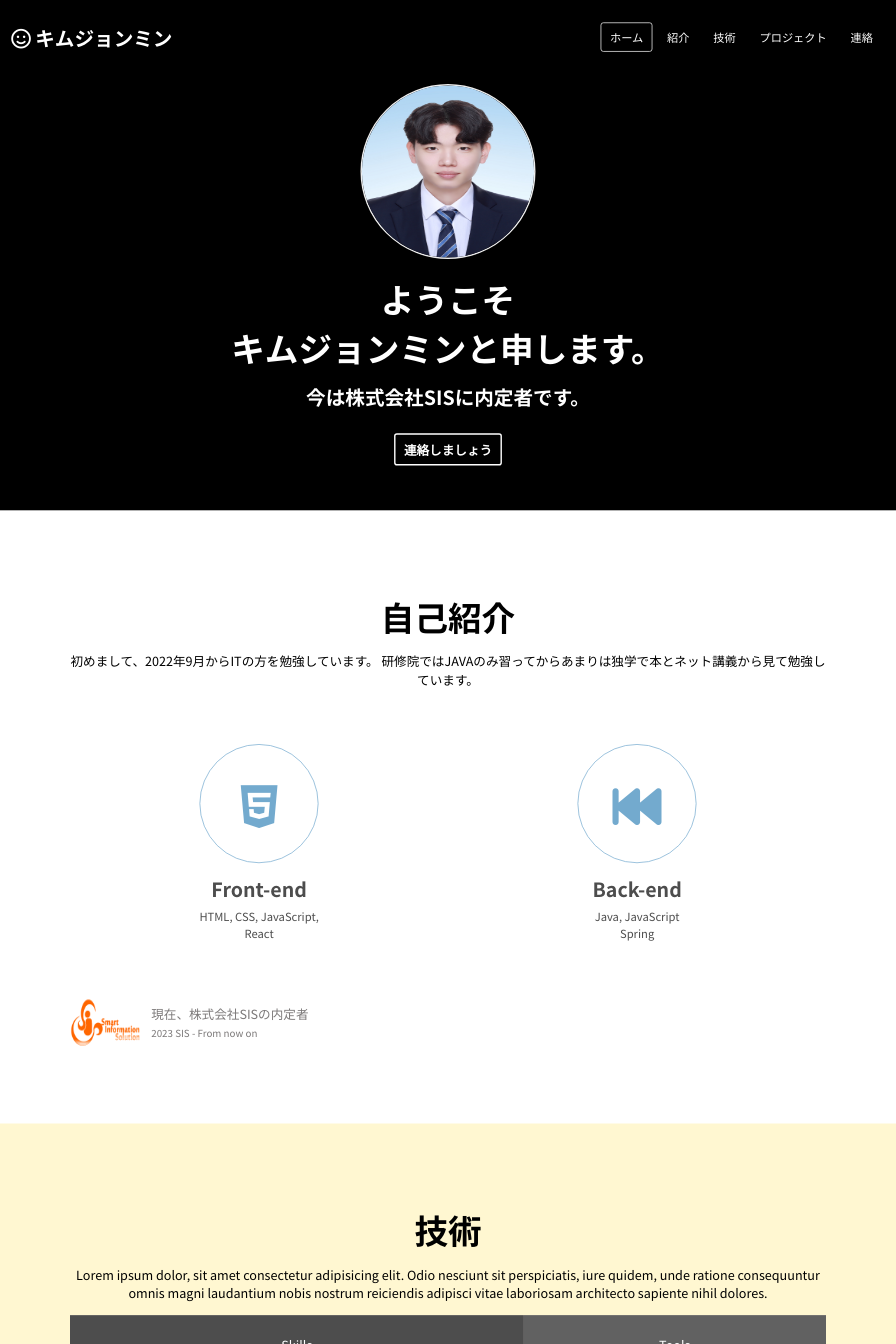
Repository: N1C0N1C0/website_introduction
Page: index.html
An editor plug-in stored every save of this project. The page is shown before and after the next save, followed by the edit.
The browser window is 1280 px wide. The pictures show the part of the page from y = 0 to 1920 px (the page is 4822 px tall), at 70% of full size.
Some web libraries are served in a nearby version.

Above is the page before, as saved 2023-08-29 03:30:36.

### index.html
<!DOCTYPE html>
<html lang="en">
  <head>
    <meta charset="UTF-8" />
    <meta name="viewport" content="width=device-width, initial-scale=1.0" />
    <title>自己紹介</title>
    <meta
      name="description"
      content="Portfolio for engineer KimJeongmin"
    />
    <meta name="author" content="Kim" />
    <link rel="icon" type="image/icon" href="imgs/file-pdf-solid.svg" />
    <script src="https://kit.fontawesome.com/04742e9fab.js" crossorigin="anonymous"></script>
    <link href="https://fonts.googleapis.com/css2?family=Noto+Sans+JP:wght@300;400;500&display=swap" rel="stylesheet">

    <link rel="stylesheet" href="style.css" />
    <script src="main.js" defer></script>
  </head>
  <body>
    <!-- Navbar -->
    <nav id="navbar">
      <div class="navbar__logo">
        <i class="fa-regular fa-face-smile"></i>
        <a href="#">キムジョンミン</a>
      </div>
        <ul class="navbar__menu">
          <li class="navbar__menu__item active" data-link="#home">ホーム</li>
          <li class="navbar__menu__item" data-link="#about">紹介</li>
          <li class="navbar__menu__item" data-link="#skills">技術</li>
          <li class="navbar__menu__item" data-link="#work">プロジェクト</li>
          <li class="navbar__menu__item" data-link="#contact">連絡</li>
        </ul>

      <!-- Toggle button -->
      <button class="navbar__toggle-btn">
        <i class="fa-solid fa-bars"></i>
      </button>
    </nav>

    <!-- Home -->
    <section id="home">
      <div class="home__container">
      <img src="imgs/kimu.jpg" alt="Anzang" class="home__avatar" />
      <h1 class="home__title">ようこそ <br />キムジョンミンと申します。</h1>
      <h2 class="home__description">
        今は株式会社SISに内定者です。
      </h2>
      <button class="home__contact">連絡しましょう</button>
    </div>
    </section>
    <!-- About -->
    <section id="about" class="section" class="section__container">
      <h1>自己紹介</h1>
      <p>
        初めまして、2022年9月からITの方を勉強しています。
        研修院ではJAVAのみ習ってからあまりは独学で本とネット講義から見て勉強しています。
      </p>
      <div class="about__majors">
        <div class="major">
          <div class="major__icon">
            <i class="fa-brands fa-html5"></i>
          </div>
          <h2 class="major__title">Front-end</h2>
          <div class="major__description">
            HTML, CSS, JavaScript,
            <br />React
          </div>
        </div>
        <div class="major">
          <div class="major__icon">
            <i class="fa-sharp fa-solid fa-backward-fast"></i>
          </div>
          <h2 class="major__title">Back-end</h2>
          <div class="major__description">
            Java, JavaScript
            <br />
            Spring
          </div>
        </div>
      </div>
      <div class="about__jobs">
        <div class="job">
          <img src="imgs/sis_image.png" alt="sis" class="job__logo" style="width: 100px; height: 70px;"/>
          <div class="job_description">
            <p class="job__name">
              現在、株式会社SISの内定者
            </p>
            <p class="job__period">2023 SIS - From now on</p>
          </div>
        </div>
      </div>
    </section>

    <!-- Skills -->
    <section id="skills" class="section">
      <div class="section__container">
      <h1>技術</h1>
      <p>
        Lorem ipsum dolor, sit amet consectetur adipisicing elit. Odio nesciunt
        sit perspiciatis, iure quidem, unde ratione consequuntur omnis magni
        laudantium nobis nostrum reiciendis adipisci vitae laboriosam architecto
        sapiente nihil dolores.
      </p>
      <div class="skillset">
        <div class="skillset__left">
          <h3 class="skillset__title">Skills</h3>
          <div class="skill">
            <div class="skill__description">
              <span>HTML</span>
              <span>90%</span>
            </div>
            <div class="skill__bar">
              <div class="skill__value" style="width: 90%;"></div>
            </div>
          </div>
          <div class="skill">
            <div class="skill__description">
              <span>CSS</span>
              <span>80%</span>
            </div>
            <div class="skill__bar">
              <div class="skill__value" style="width: 80%;"></div>
            </div>
          </div>
          <div class="skill">
            <div class="skill__description">
              <span>JAVASCRIPT</span>
              <span>70%</span>
            </div>
            <div class="skill__bar">
              <div class="skill__value" style="width: 70%;"></div>
            </div>
          </div>
          <div class="skill">
            <div class="skill__description">
              <span>JAVA</span>
              <span>70%</span>
            </div>
            <div class="skill__bar">
              <div class="skill__value" style="width: 70%;"></div>
            </div>
          </div>
          <div class="skill">
            <div class="skill__description">
              <span>Spring</span>
              <span>50%</span>
            </div>
            <div class="skill__bar">
              <div class="skill__value" style="width: 50%;"></div>
            </div>
          </div>
          <div class="skill">
            <div class="skill__description">
              <span>REACT</span>
              <span>30%</span>
            </div>
            <div class="skill__bar">
              <div class="skill__value" style="width: 30%;"></div>
            </div>
          </div>
        </div>
        <div class="skillset__right">
          <div class="tools">
            <h3 class="skillset__title">Tools</h3>
            <ul class="tools__list">
              <li><span>Visual Studio Code</span></li>
              <li><span>IntelliJ</span></li>
              <li><span>Eclipse</span></li>
            </ul>
          </div>
          <br>
          <div class="etc">
            <h3 class="skillset__title">Etc</h3>
            <ul class="ect__list">
              <li><span>Git</span></li>
              <li><span>MySQL</span></li>
              <li><span>Oracle</span></li>
              <li><span>Postman</span></li>
            </ul>
          </div>
        </div>
      </div>
    </div>
    </section>
    <!-- Work -->
    <section id="work" class="section">
      <div class="section__container">
      <h1>プロジェクト</h1>
      <div class="work__categories">
        <button class="category__btn selected" data-filter="*">
          All<span class="category__count">6</span>
        </button>
        <button class="category__btn" data-filter="front-end">
          Front-end<span class="category__count">2</span>
        </button>
        <button class="category__btn" data-filter="back-end">
          Back-end<span class="category__count">4</span>
        </button>
      </div>

      <div class="work__projects">
        <a
          href="https://www.youtube.com/@dream-coding"
          class="project"
          target="_blank"
          data-type="front-end"
        >
          <img
            src="imgs/projects/안종민.png"
            alt="Anzang"
            class="project__img"
          />
          <div class="project__description">
            <h3>Youtube Site</h3>
            <span>Clone coding with HTML and CSS</span>
          </div>
        </a>
        <a
          href="https://www.youtube.com/@dream-coding"
          class="project"
          target="_blank"
          data-type="front-end"
        >
          <img
            src="imgs/projects/안종민.png"
            alt="Anzang"
            class="project__img"
          />
          <div class="project__description">
            <h3>Youtube Site</h3>
            <span>Clone coding with HTML and CSS</span>
          </div>
        </a>
        <a
          href="https://www.youtube.com/@dream-coding"
          class="project"
          target="_blank"
          data-type="back-end"
        >
          <img
            src="imgs/projects/안종민.png"
            alt="Anzang"
            class="project__img"
          />
          <div class="project__description">
            <h3>Youtube Site</h3>
            <span>Clone coding with HTML and CSS</span>
          </div>
        </a>
        <a
          href="https://www.youtube.com/@dream-coding"
          class="project"
          target="_blank"
          data-type="back-end"
        >
          <img
            src="imgs/projects/안종민.png"
            alt="Anzang"
            class="project__img"
          />
          <div class="project__description">
            <h3>Youtube Site</h3>
            <span>Clone coding with HTML and CSS</span>
          </div>
        </a>
        <a
          href="https://www.youtube.com/@dream-coding"
          class="project"
          target="_blank"
          data-type="back-end"
        >
          <img
            src="imgs/projects/안종민.png"
            alt="Anzang"
            class="project__img"
          />
          <div class="project__description">
            <h3>Youtube Site</h3>
            <span>Clone coding with HTML and CSS</span>
          </div>
        </a>
        <a
          href="https://www.youtube.com/@dream-coding"
          class="project"
          target="_blank"
          data-type="back-end"
        >
          <img
            src="imgs/projects/안종민.png"
            alt="Anzang"
            class="project__img"
          />
          <div class="project__description">
            <h3>Youtube Site</h3>
            <span>Clone coding with HTML and CSS</span>
          </div>
        </a>
      </div>
      </div>
    </section>
    <!-- Contact -->
    <section id="contact" class="section">
      <h1 class="contact__title">話しましょう！</h1>
      <h2 class="contact__email">dothd8775@gmail.com</h2>
      <div class="contact__links">
        <a href="https://github.com/N1C0N1C0" target="_blank">
          <i class="fa-brands fa-github"></i>
        </a>
        <a href="https://github.com/N1C0N1C0" target="_blank">
          <i class="fa-brands fa-square-git"></i>
        </a>
      </div>
      <p class="contact__rights">
        2023 個人プロジェクト - All rights reserved
      </p>
    </section>

    <!-- Arrow up -->
    <button class="arrow__up">
      <i class="fa-solid fa-arrow-up"></i>
    </button>
  </body>
</html>

### style.css
/* Global */
:root {
    /* Color */
    --color-white: #fff;
    --color-light-white: #eee;
    --color-dark-white: #bdbdbd;
    --color-pink: #fe918d;
    --color-dark-pink: #ff6863;
    --color-black: #4d4d4d;
    --color-dark-grey: #4d4d4d;
    --color-grey: #616161;
    --color-light-grey: #7c7979;
    --color-blue: #73aace;
    --color-yellow: #fff7d1;
    --color-orange: #feb546;
    --color-black: #000;

    /* Font size */
    --font-large: 48px;
    --font-medium: 28px;
    --font-regular: 18px;
    --font-small: 16px;
    --font-micro: 14px;

    /* Font weight */
    --weight-bold: 700;
    --weight-semi-bold: 600;
    --weight-regular: 400;

    /* Size */
    --size-border-radius: 4px;

    /* Animation */
    --animation-duration: 300ms;
}

/* Universal tags */
* {
    box-sizing: border-box;
}

body {
    font-family: 'Noto Sans JP', sans-serif;
    margin: 0;
    cursor: default;
}

a {
    text-decoration: none;
    color: var(--color-white);
}

ul {
    list-style: none;
    padding-left: 0;
}

button {
    background-color: transparent;
    cursor: pointer;
    border: none;
    outline: none;
    padding: 0;
}

/* Typography */
h1 {
    font-size: var(--font-large);
    font-weight: var(--weight-bold);
    color: var(--color-black);
    margin: 16px 0;
}

h2 {
    font-size: var(--font-medium);
    font-weight: var(--weight-semi-bold);
    color: var(--color-black);
    margin: 8px 0;
}

h3 {
    font-size: var(--font-regular);
    font-weight: var(--weight-regular);
    color: var(--color-black);
    margin: 8px 0;
}

p {
    font-size: var(--font-regular);
    font-weight: var(--weight-regular);
    color: var(--color-black);
    margin: 4px 0;
}

/* Navbar */
#navbar {
    position: fixed;
    width: 100%;
    display: flex;
    justify-content: space-between;
    background-color: transparent;
    align-items: center;
    color: var(--color-white);
    padding: 16px;
    transition: all var(--animation-duration) ease-in-out;
    z-index: 1;
}

#navbar.navbar--dark {
    background-color: var(--color-black);
    padding: 16px;

}

.navbar__menu {
    display: flex;
}

.navbar__logo {
    font-size: var(--font-medium);
    font-weight: var(--weight-semi-bold);
}

.navbar__menu__item {
    padding: 8px 12px;
    margin: 0 4px;
    cursor: pointer;
    color: var(--color-white);
    border: 1px solid transparent;
    border-radius: var(--size-border-radius);
}

.navbar__menu__item.active {
    border: 1px solid var(--color-white);
}

.navbar__menu__item:hover {
    border-color: var(--color-white);
    background-attachment: var(--color-dark-grey);
}

.navbar__toggle-btn {
    position: absolute;
    top: 20px;
    right: 32px;
    font-size: 24px;
    color: var(--color-white);
    display: none;
}

/* Home */
#home {
    background-color: var(--color-black);
    padding: 40px;
    padding-top: 120px;
    text-align: center;
}

.home__avatar {
    width: 250px;
    height: 250px;
    border-radius: 50%;
    border: 2px solid var(--color-light-white);
}

.home__title,
.home__description {
    color: var(--color-white);
}

.home__contact {
    color: var(--color-white);
    font-size: var(--font-regular);
    font-weight: var(--weight-bold);
    margin: 24px;
    padding: 8px 12px;
    border: 2px solid var(--color-white);
    border-radius: var(--size-border-radius);
}

.home__contact:hover {
    background-color: var(--color-orange);
}

/* Section common */
.section {
    padding: 100px;
    text-align: center;
    margin: auto;
}

.section__container {
    max-width: 1200px;
    margin: auto;
}

/* About */
.about__majors {
    display: flex;
    justify-content: space-around;
    margin: 80px 0;
}

.major__icon {
    width: 170px;
    height: 170px;
    line-height: 170px;
    font-size: 70px;
    margin: auto;
    color: var(--color-blue);
    border: 1px solid var(--color-blue);
    border-radius: 50%;
    margin-bottom: 16px;
}
.major__icon i {
    transition: all var(--animation-duration) ease;
}
.major__icon:hover i {
    color: var(--color-pink);
    transform: rotate(-45deg) scale(1.1);
}
.major__title, .major__description {
    color: var(--color-dark-grey);
}

.major__description {
    font-size: var(--font-small);
}

.job {
    display: flex;
    align-items: center;
    margin-bottom: 10px;
}

.job_description {
    margin: 0 16px;
    text-align: left;
}

.job__name,
.job__period {
    color: var(--color-light-grey);
}

.job__name {
    font-size: var(font-small);
}

.job__period {
    font-size: var(--font-micro);
}

/* Skill */

#skills {
    background-color: var(--color-yellow);
}

.skillset {
    display: flex;
    background-color: var(--color-light-grey);
    color: var(--color-light-white);
    margin: 20px 0;
}

.skillset__title {
    color: var(--color-white);
}

.skill {
    margin-bottom: 32px;
}

.skill__description {
    display: flex;
    justify-content: space-between;
}

.skillset__left {
    flex-basis: 60%;
    background-color: var(--color-dark-grey);
    padding: 20px 40px;
}

.skill__bar {
    width: 100%;
    height: 3px;
    background-color: var(--color-grey);
}

.skill__value {
    height: 3px;
    background-color: var(--color-orange);
}

.skillset__right {
    flex-basis: 40%;
}

.tools {
    background-color: var(--color-grey);
}

.tools,
.etc {
    padding: 20px;
}

/* Work */

.work_categories {
    margin: 40px;
}

.category__btn {
    border: 1px solid var(--color-dark-white);
    border-radius: var(--size-border-radius);
    font-size: var(--font-regular);
    padding: 8px 48px;
    position: relative;
}

.category__btn.selected,
.category__btn:hover {
    background-color: var(--color-pink);
    color: var(--color-white);
}

.category__btn.selected .category__count,
.category__btn:hover .category__count {
    opacity: 1;
}
.category__count {
    background-color: var(--color-orange);
    border-radius: 50%;
    color: var(--color-white);
    margin-left: 5px;
    width: 24px;
    height: 24px;
    line-height: 24px;
    display: inline-block;
    position: absolute;
    top: 5px;
    right: 16px;
    opacity: 0;
    transition: all var(--animation-duration) ease;
}

.work__projects {
    display: flex;
    flex-wrap: wrap;
    justify-content: center;
    opacity: 1;
    transition: all var(--animation-duration) ease-out;
}

.work__projects.anim-out {
    opacity: 0;
    transform: scale(0.96) translateY(40px);

}

.project {
    position: relative;
    display: flex;
    flex-direction: column;
    justify-content: center;
    width: 580px;
    height: 250px;
    margin: 2px;
    background-color: var(--color-light-white);
}

.project.invisible {
    display: none;
}

.project__img {
    max-width: 100%;
    max-height: 100%;
    align-self: center;
}

.project__description {
    position: absolute;
    background-color: black;
    display: flex;
    flex-direction: column;
    justify-content: center;
    width: 100%;
    height: 100%;
    top: 0;
    left: 0;
    opacity: 0;
    transform: translateY(15px);
    transition: all var(--animation-duration) ease-in;
}

.project:hover .project__description {
    opacity: 0.8;
    transform: translateY(0px);
}

.project__description h3 {
    color: var(--color-orange);
}

.project__description h3:after {
    content: '';
    display: block;
    position: relative;
    left: 50%;
    width: 50px;
    height: 2px;
    transform: translateX(-25%);
    margin-left: -12px;
    margin-top: 8px;
    background-color: var(--color-dark-white);
}



/* Contact */
#contact {
    background-color: var(--color-black);
}

.contact__title,
.contact__email,
.contact__rights {
    color: var(--color-white);
}

.contact__title {
    margin: 32px 0;
}

.contact__links {
    font-size: var(--font-large);
    margin: 24px 0;
}

.contact__links i:hover {
    transform: scale(1.1);
    color: var(--color-yellow);
    transition: all var(--animation-duration) ease-in;
}

/* Scroll */
.arrow__up {
    position: fixed;
    bottom: 50px;
    right: 50px;
    width: 70px;
    height: 70px;
    font-size: 50px;
    color: var(--color-white);
    background-color: var(--color-black);
    border-radius: 50%;
    opacity: 0;
    pointer-events: none;
    transition: all var(--animation-duration) ease-in;
}

.arrow__up.visible {
    opacity: 1;
    pointer-events: auto;
}

/* For below 768px screen width */
@media screen and (max-width: 768px) {
    :root {
        /* Font size */
        --font-large: 30px;
        --font-medium: 18px;
        --font-regular: 16px;
        --font-small: 14px;
        --font-micro: 12px;
    }

    .navbar__toggle-btn {
        display: block;
        top: 16px;
        right: 16px;
        font-size: var(--font-medium);
    }

    #navbar {
        flex-direction: column;
        align-items: flex-start;
        background-color: var(--color-black);
    }

    #navbar.navbar--dark {
        padding: 16px;
    }

    .navbar__menu {
        flex-direction: column;
        text-align: center;
        width: 100%;
        display: none;
    }

    .navbar__menu.open {
        display: block;
    }

    .section {
        padding: 16px;
        padding-top: 40px;
    }

    .about__majors {
        flex-direction: column;
        margin-top: 30px;
        margin-bottom: 0;
    }

    .major {
        margin-bottom: 30px;
    }

    .skillset {
        flex-direction: column;
    }

    .category__btn {
        margin: 4px 0;
    }

    .work__categories {
        display: flex;
        flex-direction: column;
        margin-bottom: 10px;
    }

    .project {
        flex-grow: 1;
    }

    .testimonial {
        flex-direction: column;
        align-items: center;
    }

    .testimonial__avatar {
        width: 120px;
        height: 120px;
    }

    .testimonial__avatar:nth-child(odd),
    .testimonial__avatar:nth-child(even) {
        margin: 0;
        margin-bottom: 8px;
    }

    .testimonial__speech-bubble {
        order: 1;
    }

    .arrow__up {
        width: 50px;
        height: 50px;
        font-size: 30px;
        right: 16px;
        bottom: 16px;
    }
}

Loaded but not shown: main.js (153 lines, source omitted)

After the next save:
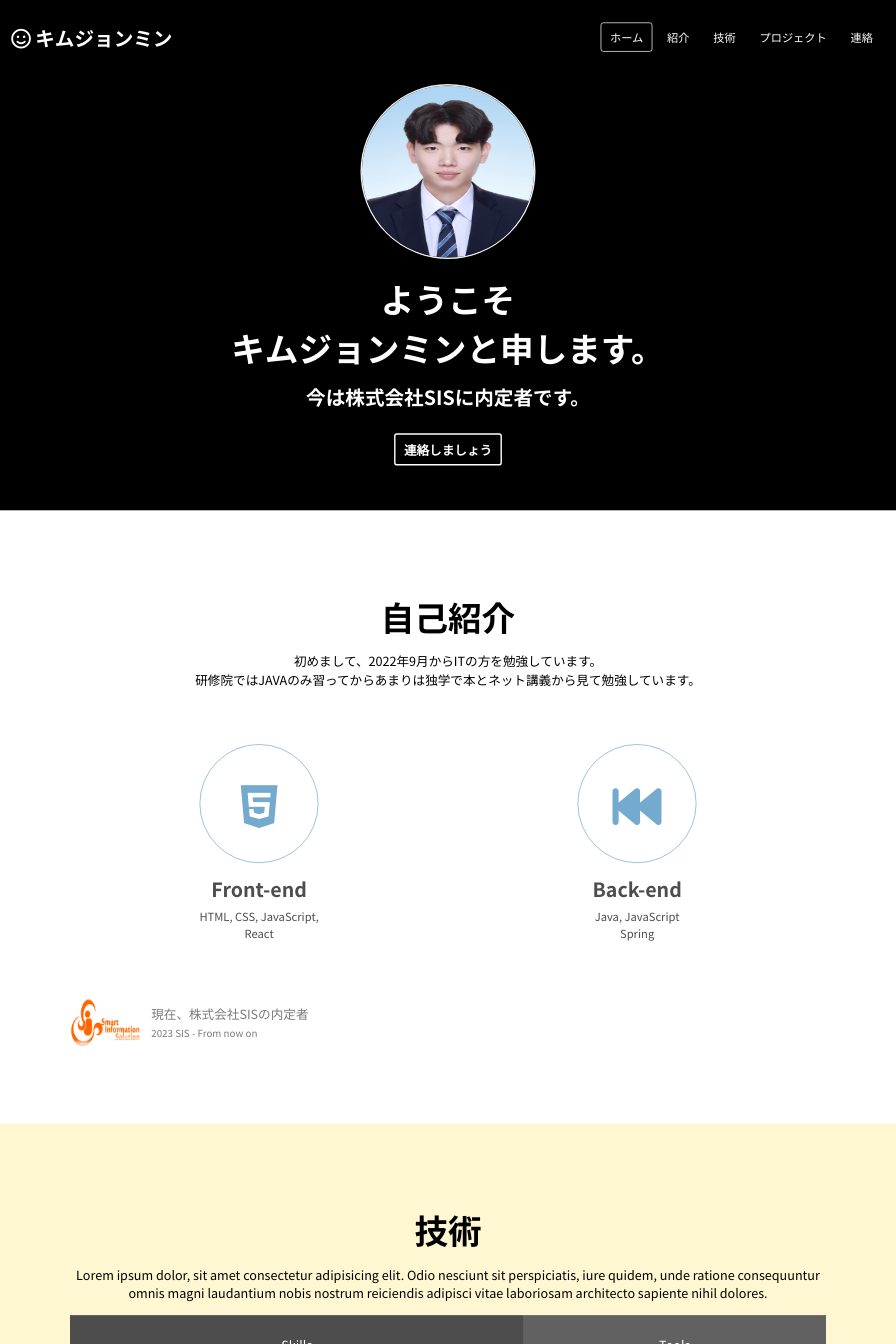
Saved 5 s later.
--- a/index.html
+++ b/index.html
@@ -52,7 +52,7 @@
     <section id="about" class="section" class="section__container">
       <h1>自己紹介</h1>
       <p>
-        初めまして、2022年9月からITの方を勉強しています。
+        初めまして、2022年9月からITの方を勉強しています。<br>
         研修院ではJAVAのみ習ってからあまりは独学で本とネット講義から見て勉強しています。
       </p>
       <div class="about__majors">
